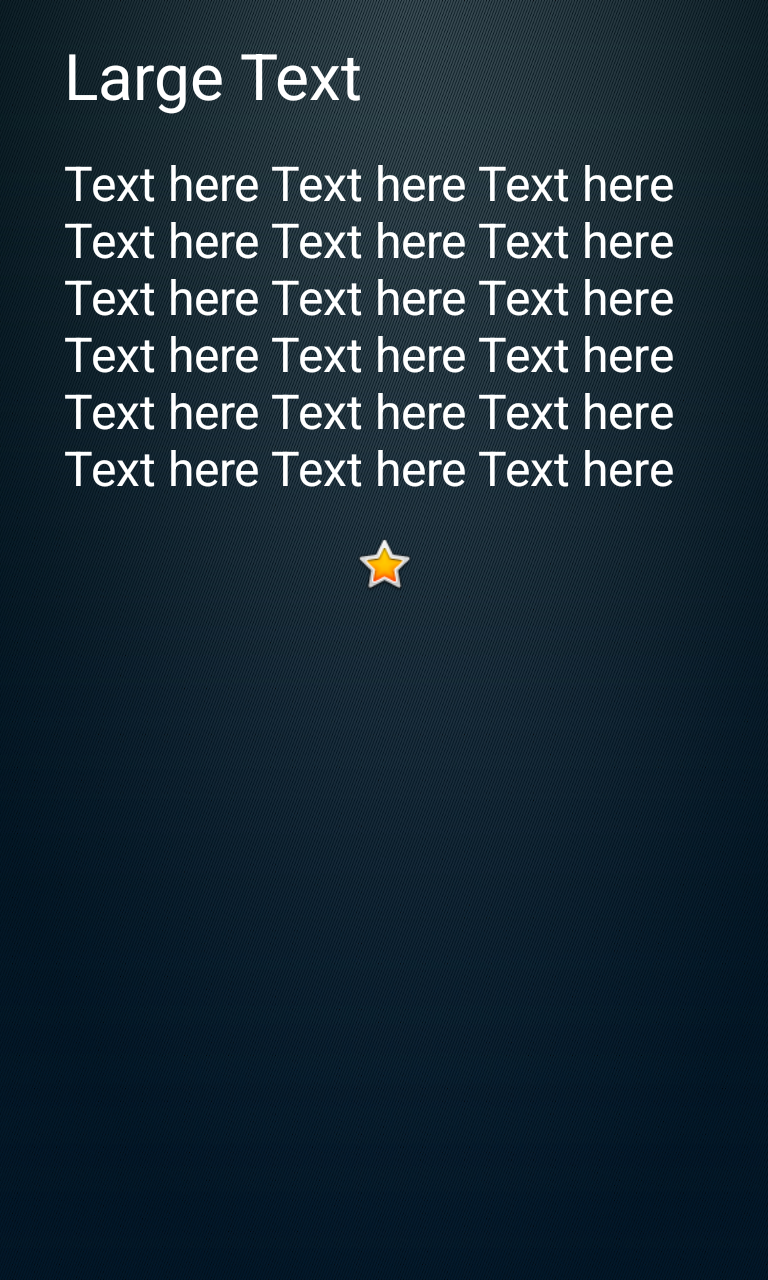
Repository: Delorm/Android
Layout: ChamplainCS/res/layout/activity_option.xml
An editor plug-in stored every save of this project. The layout is shown before and after the next save, followed by the edit.
It is drawn on a 768 x 1280 px phone screen (xhdpi) without system bars, with theme AppTheme; the app's code is not run.

Above is the layout before, as saved 2015-02-11 15:15:46.

### ChamplainCS/res/layout/activity_option.xml
<GridLayout xmlns:android="http://schemas.android.com/apk/res/android"
    xmlns:tools="http://schemas.android.com/tools"
    android:id="@+id/GridLayout1"
    android:layout_width="match_parent"
    android:layout_height="match_parent"
    android:background="@drawable/back"
    android:paddingBottom="@dimen/activity_vertical_margin"
    android:paddingLeft="@dimen/activity_horizontal_margin"
    android:paddingRight="@dimen/activity_horizontal_margin"
    android:paddingTop="@dimen/activity_vertical_margin"
    tools:context="com.example.champlaincs.Option" >

    <LinearLayout
        android:layout_gravity="fill_horizontal"
        android:layout_marginLeft="@dimen/activity_horizontal_margin"
        android:layout_marginRight="@dimen/activity_horizontal_margin"
        android:orientation="vertical" >

        <TextView
            android:id="@+id/title"
            android:layout_width="wrap_content"
            android:layout_height="wrap_content"
            android:layout_marginBottom="@dimen/activity_vertical_margin"
            android:text="Large Text"
            android:textAppearance="?android:attr/textAppearanceLarge"
            android:textColor="@color/White"
            android:textSize="@dimen/large" />

        <TextView
            android:id="@+id/contentText"
            android:layout_width="wrap_content"
            android:layout_height="wrap_content"
            android:layout_marginBottom="@dimen/activity_vertical_margin"
            android:text="Text here Text here Text here Text here Text here Text here Text here Text here Text here Text here Text here Text here Text here Text here Text here Text here Text here Text here"
            android:textColor="@color/White"
            android:textSize="@dimen/big" />

        <ImageView
            android:id="@+id/imageView1"
            android:layout_width="fill_parent"
            android:layout_height="wrap_content"
            android:layout_weight="1.00"
            android:src="@android:drawable/btn_star_big_on" />
    </LinearLayout>

</GridLayout>

Loaded but not shown: ChamplainCS/res/values/styles.xml (common file); ChamplainCS/res/values-v11/styles.xml (common file); ChamplainCS/res/values-v14/styles.xml (common file); ChamplainCS/res/values/dimens.xml (common file); ChamplainCS/res/values-w820dp/dimens.xml (common file)

After the next save:
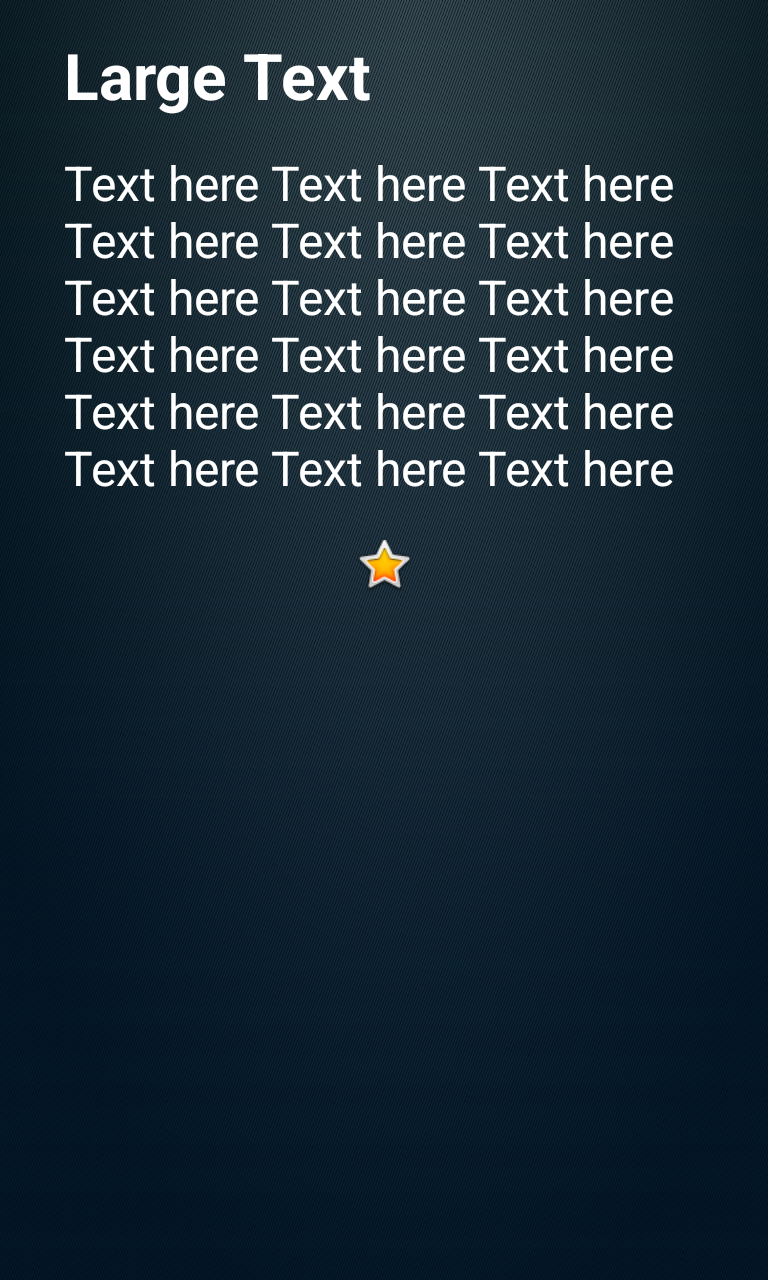
Saved 82 min 59 s later.
--- a/ChamplainCS/res/layout/activity_option.xml
+++ b/ChamplainCS/res/layout/activity_option.xml
@@ -24,7 +24,8 @@
             android:text="Large Text"
             android:textAppearance="?android:attr/textAppearanceLarge"
             android:textColor="@color/White"
-            android:textSize="@dimen/large" />
+            android:textSize="@dimen/large"
+            android:textStyle="bold" />
 
         <TextView
             android:id="@+id/contentText"
